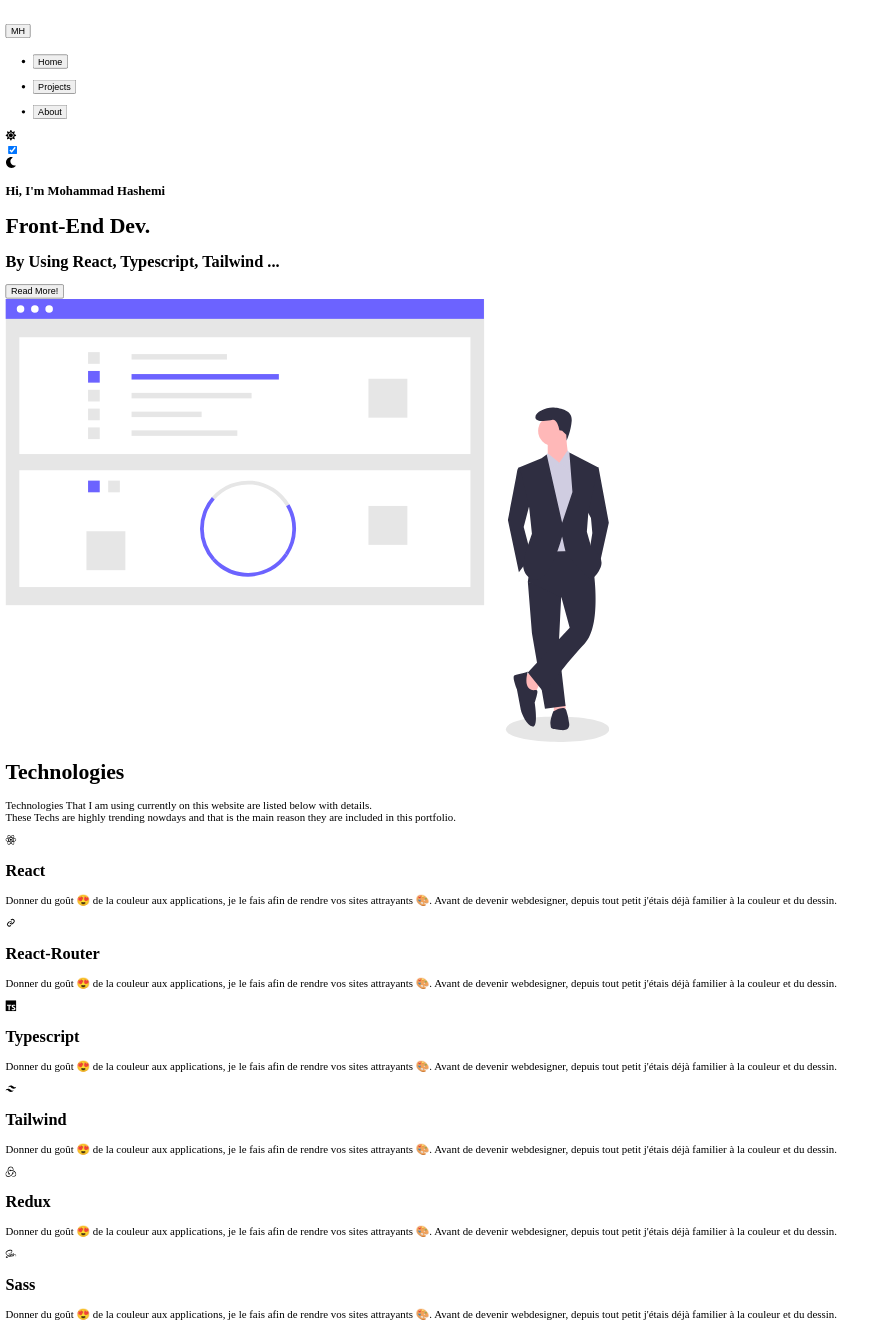
Repository: SMohammadH/react-typescript-tailwind
Page: /
These files come from the project's save history. The page is drawn as it stood at one moment and after the next save; the edit follows.
The browser window is 1280 px wide. The pictures show the whole page, at 68% of full size.
The project was rebuilt for these pictures with package versions that can differ from the ones it lists, and the page was loaded fresh each time. Also part of the build but not shown: craco.config.js.

Above is the page before, as saved 2021-02-03 07:56:33.

After the next save:
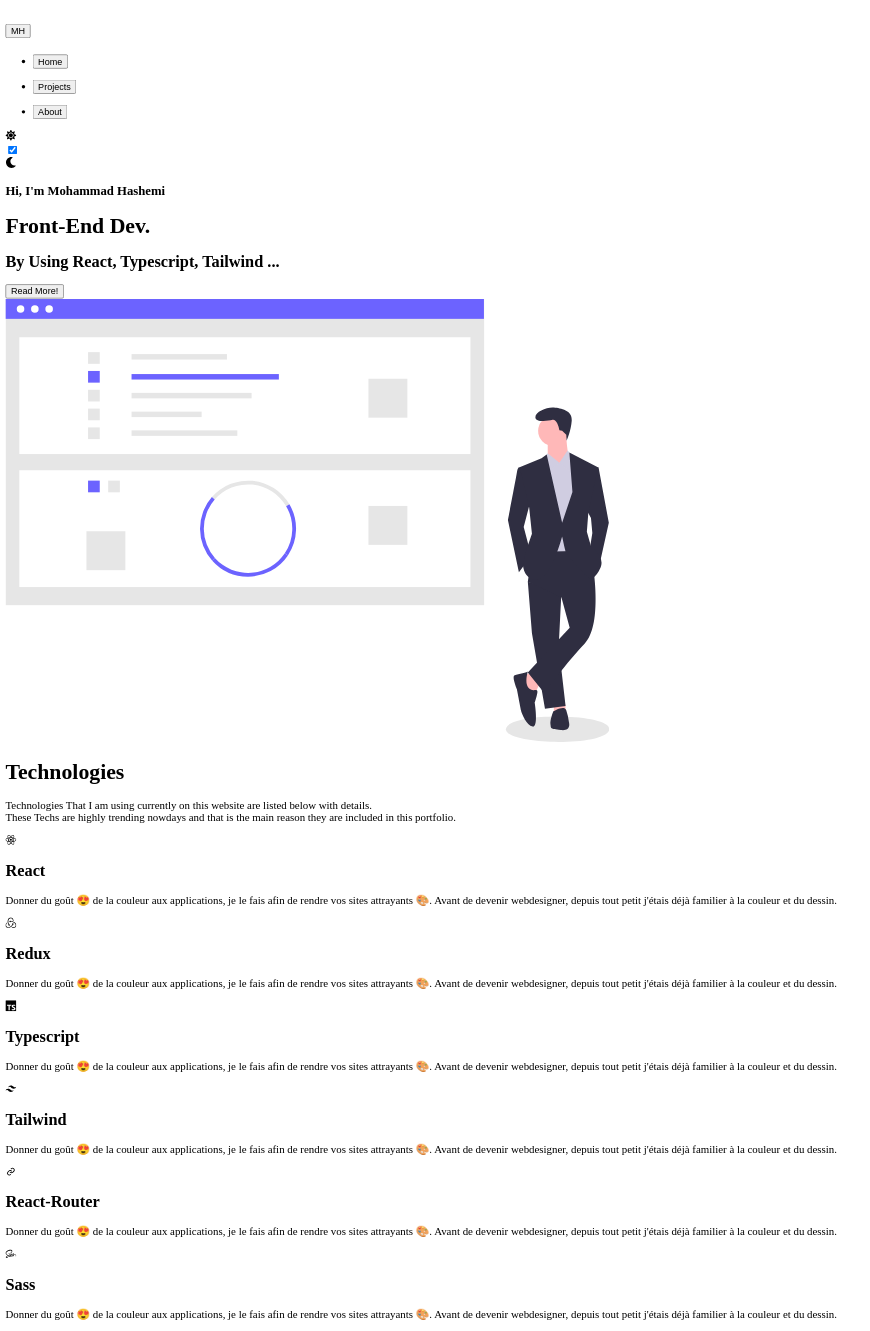
Saved 23 s later.
--- a/src/components/SecondSection.tsx
+++ b/src/components/SecondSection.tsx
@@ -31,11 +31,11 @@
             imgBack="blue"
           />
           <Card
-            Img={BiLink}
+            Img={SiRedux}
             imgSize={10}
-            header="React-Router"
-            imgColor="red-600"
-            imgBack="red"
+            header="Redux"
+            imgColor="purple-500"
+            imgBack="purple"
           />
           <Card
             Img={SiTypescript}
@@ -51,12 +51,13 @@
             imgColor="green-500"
             imgBack="green"
           />
+
           <Card
-            Img={SiRedux}
+            Img={BiLink}
             imgSize={10}
-            header="Redux"
-            imgColor="purple-500"
-            imgBack="purple"
+            header="React-Router"
+            imgColor="red-600"
+            imgBack="red"
           />
           <Card
             Img={FaSass}
